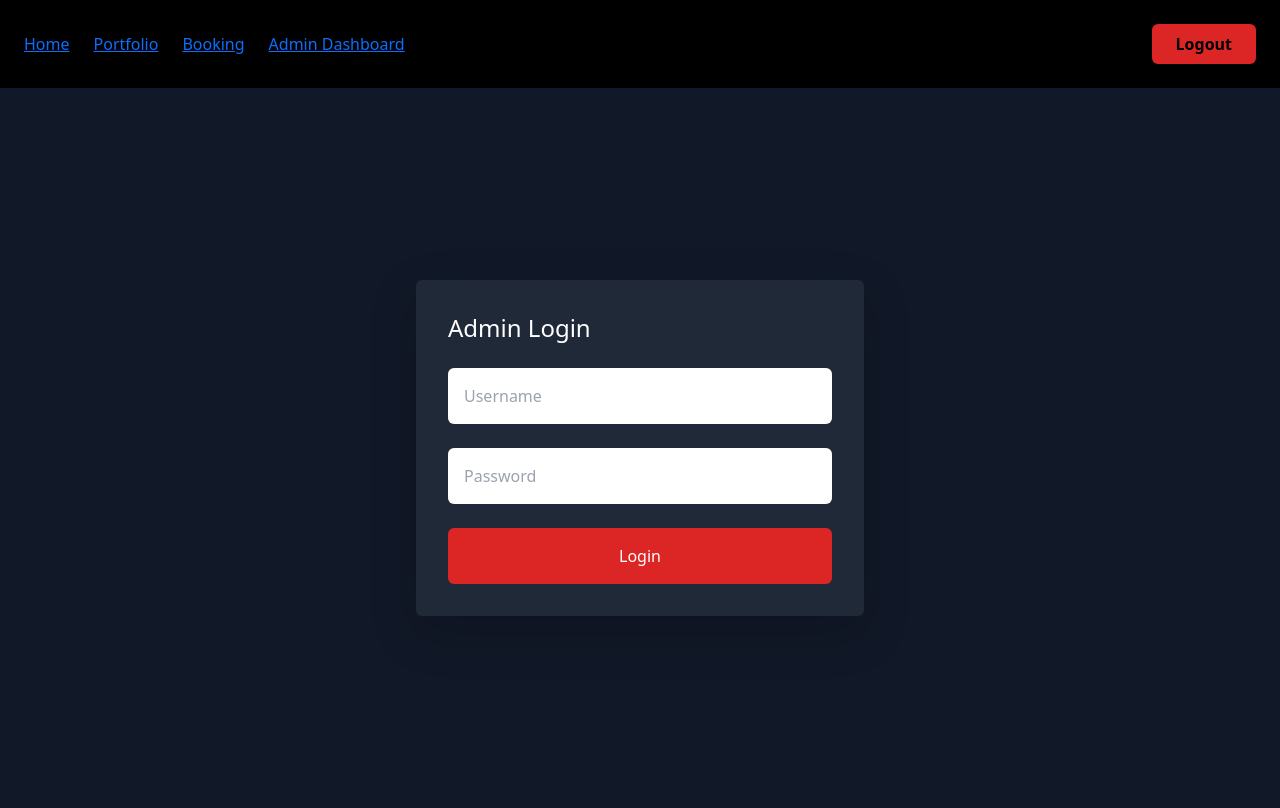
Repository: adithyakiran47/lensverseproject
Page: /admin-login (app in lensverse-client/)
These files come from the project's save history. The page is drawn as it stood at one moment and after the next save; the edit follows.
The browser window is 1280 px wide. The pictures show the whole page.
The project was rebuilt for these pictures with package versions that can differ from the ones it lists, and the page was loaded fresh each time. Also part of the build but not shown: lensverse-client/src/pages/Home.js, lensverse-client/src/pages/Portfolio.js, lensverse-client/src/pages/Booking.js, lensverse-client/src/pages/About.js, lensverse-client/src/pages/AdminDashboard.js. Imported but missing from the stored project, and not drawn on this page: lensverse-client/src/reportWebVitals.

Above is the page before, as saved 2025-11-03 23:36:03.

After the next save:
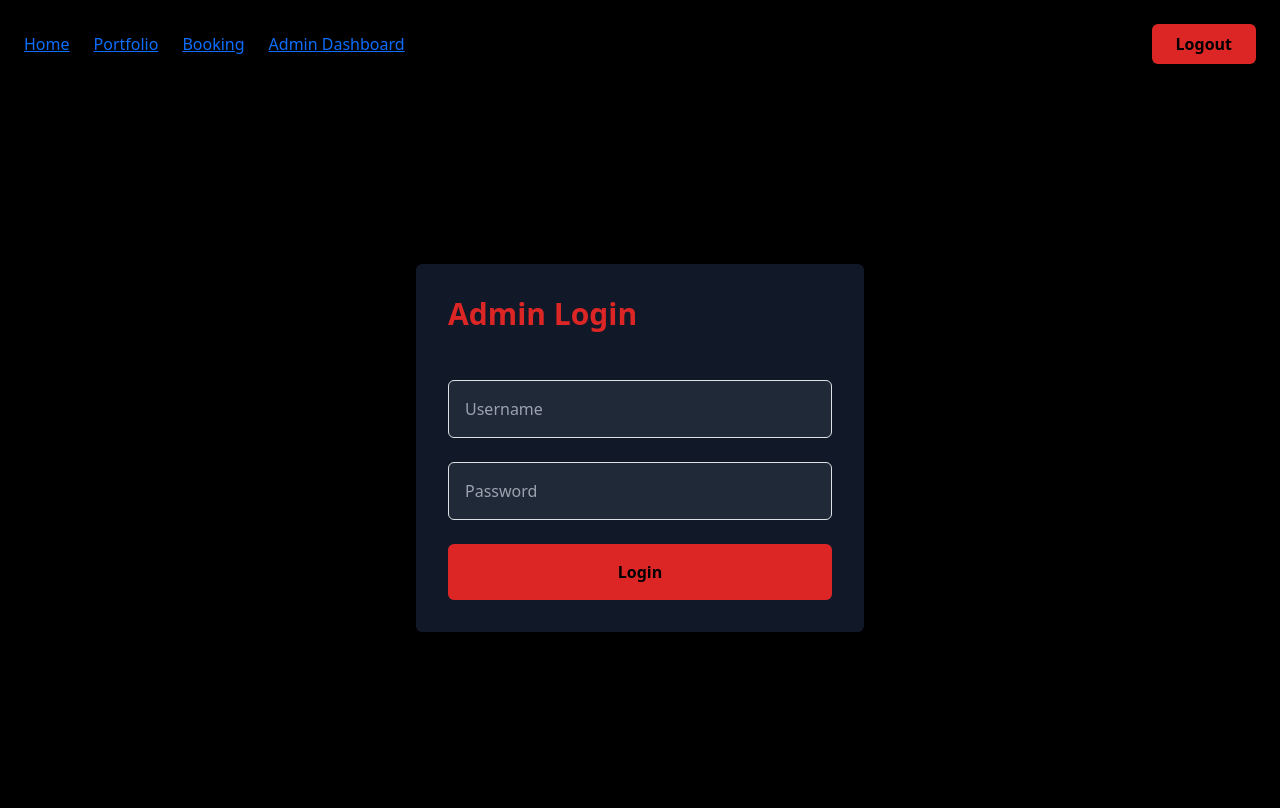
Saved 17 s later.
--- a/lensverse-client/src/pages/AdminLogin.js
+++ b/lensverse-client/src/pages/AdminLogin.js
@@ -1,17 +1,14 @@
-// src/pages/AdminLogin.js
-
 import React, { useState } from 'react';
+import { useNavigate } from 'react-router-dom';
 import axios from 'axios';
-import { useNavigate } from 'react-router-dom';
 import Navbar from '../components/Navbar';
 
 const AdminLogin = () => {
   const [formData, setFormData] = useState({ username: '', password: '' });
   const navigate = useNavigate();
 
-  const handleChange = (e) => {
+  const handleChange = (e) =>
     setFormData({ ...formData, [e.target.name]: e.target.value });
-  };
 
   const handleSubmit = async (e) => {
     e.preventDefault();
@@ -19,7 +16,7 @@ const AdminLogin = () => {
       const res = await axios.post('http://localhost:5000/api/admin/login', formData);
       localStorage.setItem('adminToken', res.data.token);
       navigate('/admin-dashboard');
-    } catch (err) {
+    } catch {
       alert('Invalid credentials');
     }
   };
@@ -27,26 +24,32 @@ const AdminLogin = () => {
   return (
     <>
       <Navbar />
-      <div className="flex items-center justify-center min-h-screen bg-gray-900 text-white">
-        <form className="bg-gray-800 p-8 rounded shadow-lg w-full max-w-md" onSubmit={handleSubmit}>
-          <h2 className="text-2xl mb-4">Admin Login</h2>
+      <div className="min-h-screen bg-black text-white flex justify-center items-center p-6">
+        <form onSubmit={handleSubmit} className="w-full max-w-md bg-gray-900 p-8 rounded shadow-lg space-y-6">
+          <h2 className="text-3xl font-bold text-red-600 mb-6">Admin Login</h2>
           <input
-            className="w-full p-3 mb-4 text-black rounded"
-            type="text"
+            className="w-full p-3 rounded bg-gray-800 text-white border border-red-600 focus:outline-none focus:ring-2 focus:ring-red-600 transition"
             placeholder="Username"
             name="username"
+            value={formData.username}
+            onChange={handleChange}
             required
-            onChange={handleChange}
           />
           <input
-            className="w-full p-3 mb-4 text-black rounded"
+            className="w-full p-3 rounded bg-gray-800 text-white border border-red-600 focus:outline-none focus:ring-2 focus:ring-red-600 transition"
             type="password"
             placeholder="Password"
             name="password"
+            value={formData.password}
+            onChange={handleChange}
             required
-            onChange={handleChange}
           />
-          <button className="w-full bg-red-600 hover:bg-red-700 transition p-3 rounded" type="submit">Login</button>
+          <button
+            type="submit"
+            className="w-full bg-red-600 hover:bg-red-700 rounded py-3 font-semibold transition text-black"
+          >
+            Login
+          </button>
         </form>
       </div>
     </>
